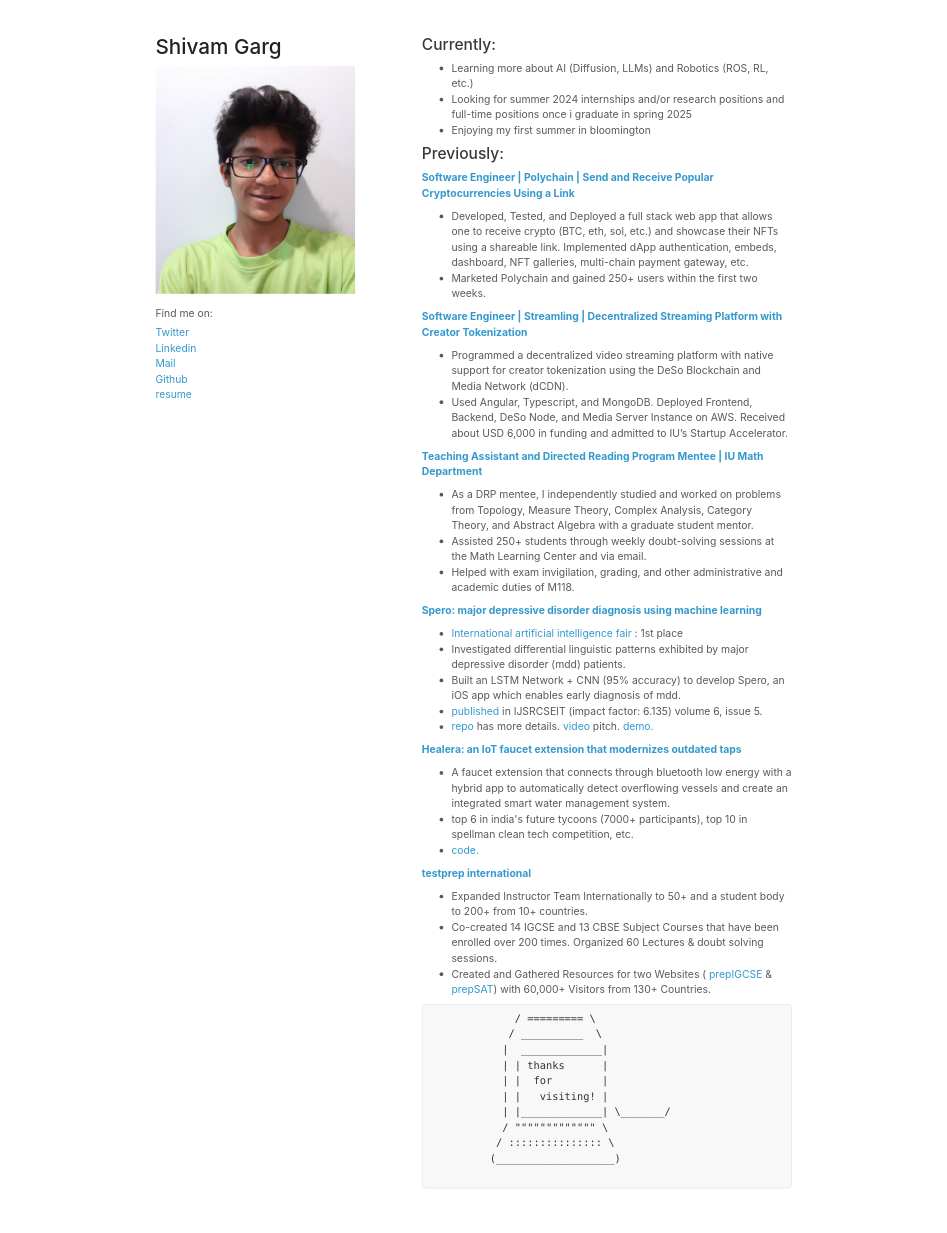
Repository: 22shivam/22shivam.github.io
Page: index.html
These files come from the project's save history. The page is drawn as it stood at one moment and after the next save; the edit follows.
The browser window is 1280 px wide. The pictures show the whole page, at 74% of full size.

Above is the page before, as saved 2024-06-17 19:20:46.

After the next save:
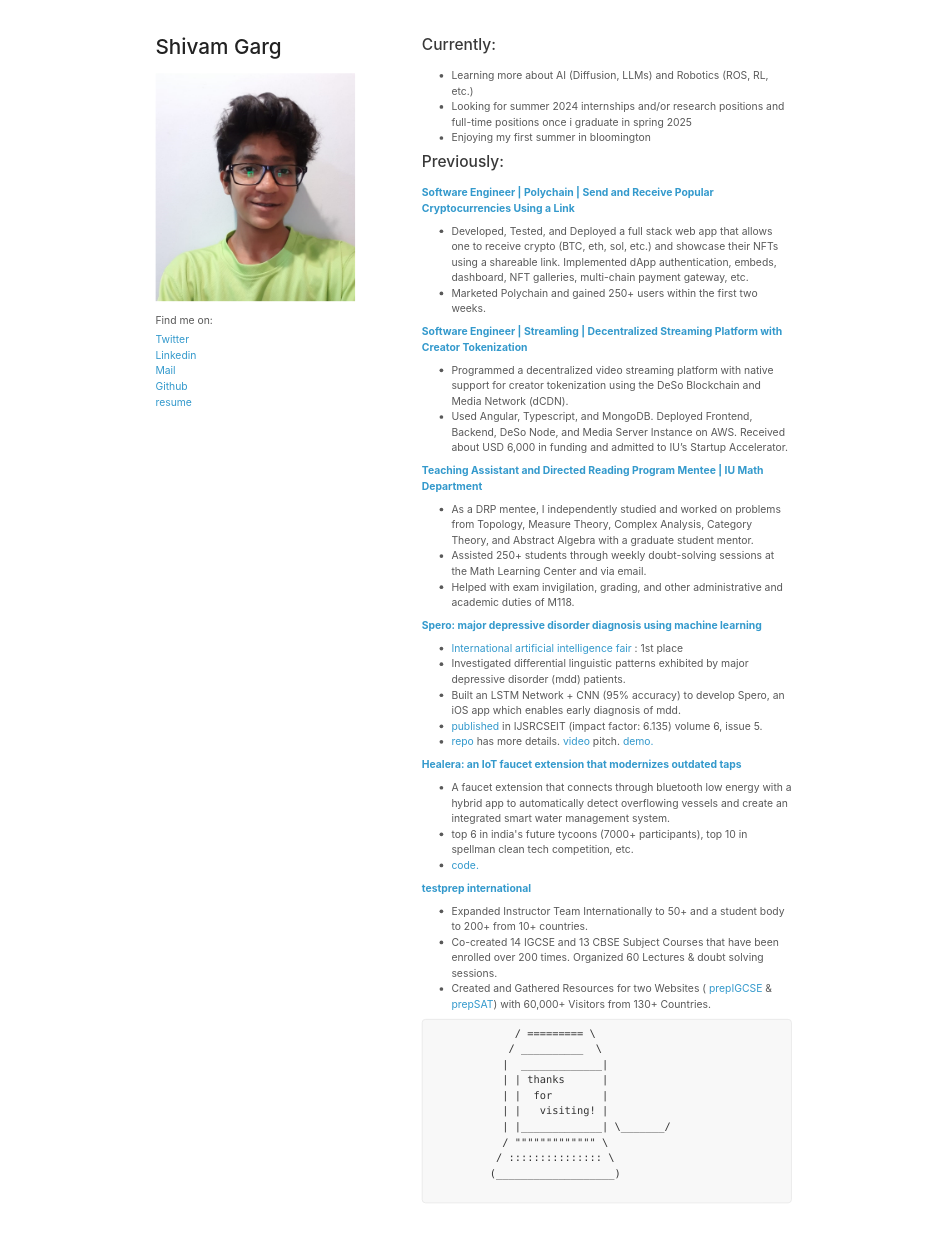
Saved 8 s later.
--- a/css/styles.css
+++ b/css/styles.css
@@ -8,7 +8,7 @@ body {
 
 h1, h2, h3, h4, h5, h6 {
   color:#222;
-  margin:0 0 10px;
+  margin:0 0 20px;
 }
 
 p, ul, ol, table, pre, dl {
